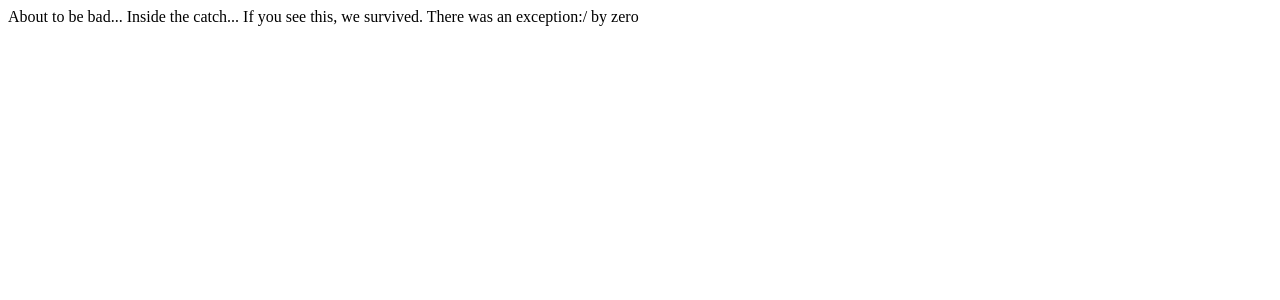
Repository: Freshield/GAEJSP
Page: http://localhost/Chp9.1/tester7.jsp
The author's editor kept a copy of each file at every save. The page is drawn from the files as they stood at one save, then again after the next save.
The browser window is 1280 px wide. The pictures show the whole page.
The page is served by Tomcat 9.

Above is the page before, as saved 2016-03-30 21:37:53.

After the next save:
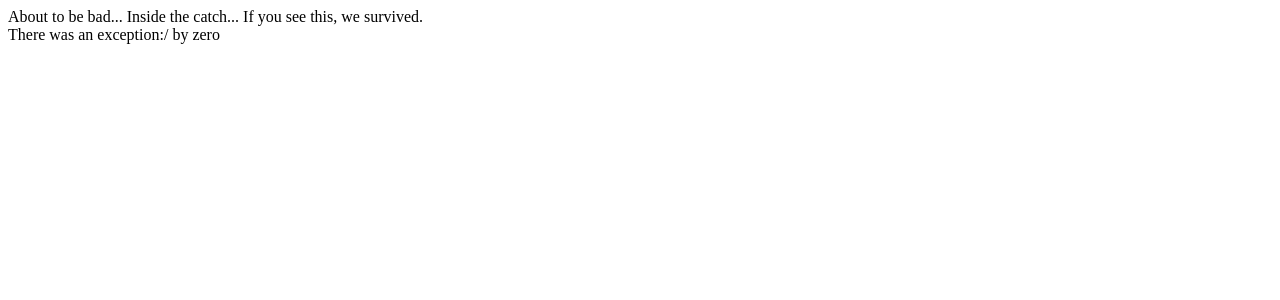
Saved 4 s later.
--- a/real-headfirst/Chp9.1/WebContent/tester7.jsp
+++ b/real-headfirst/Chp9.1/WebContent/tester7.jsp
@@ -14,7 +14,7 @@ About to be bad...
 	<% int x = 10/0; %>
 </c:catch>
 
-If you see this, we survived.
+If you see this, we survived.<br>
 <c:if test="${ myException != null }">
 	There was an exception:${ myException.message }<br>
 </c:if>
